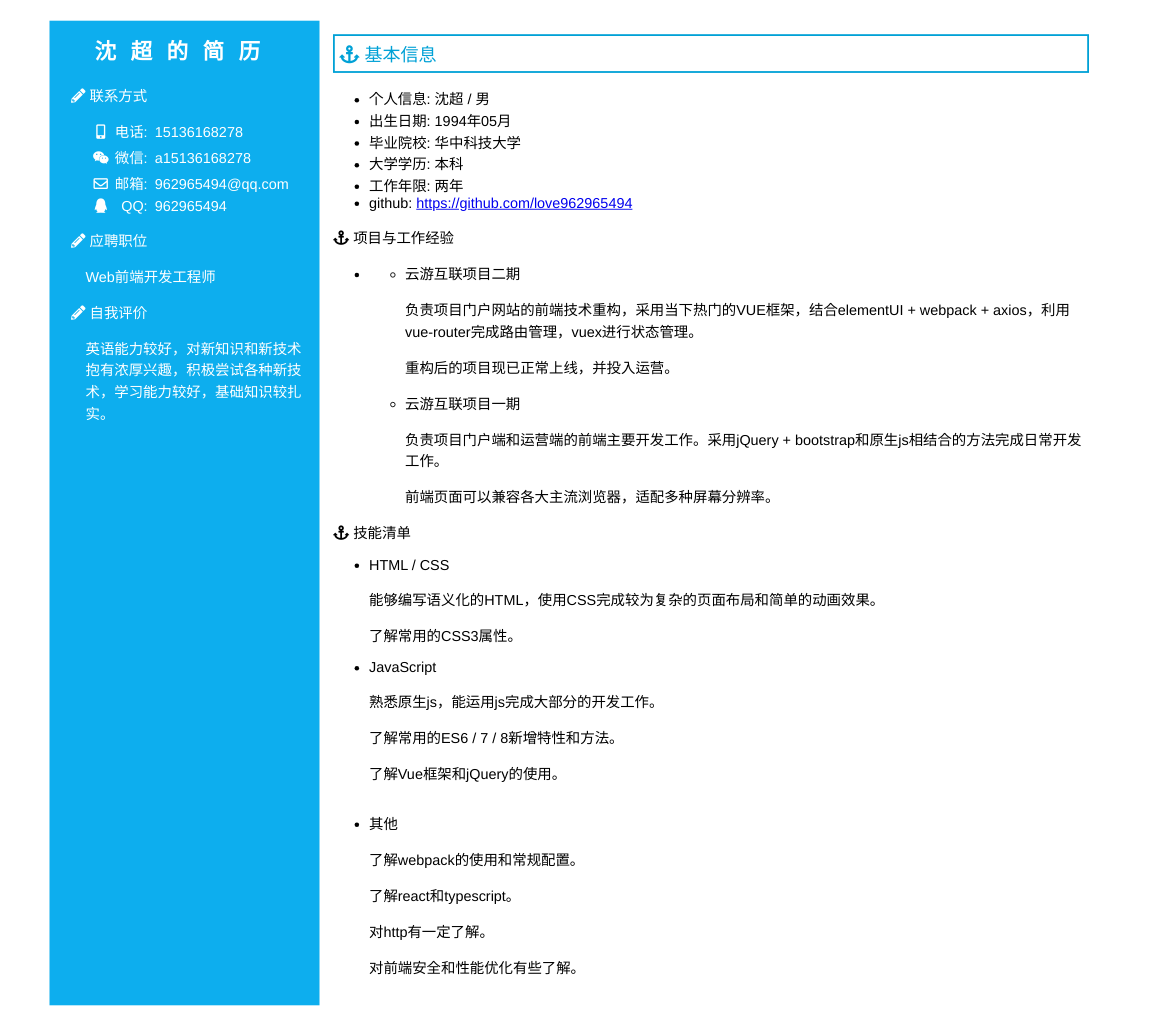
Repository: love962965494/my-resume
Page: index.html
These files come from the project's save history. The page is drawn as it stood at one moment and after the next save; the edit follows.
The browser window is 1280 px wide. The pictures show the whole page, at 90% of full size.
Some web libraries are served in a nearby version. The style sheet was rebuilt from its Sass, Less or Tailwind sources for each picture, by a compiler version that may differ from the author's.

Above is the page before, as saved 2018-09-02 17:52:37.

After the next save:
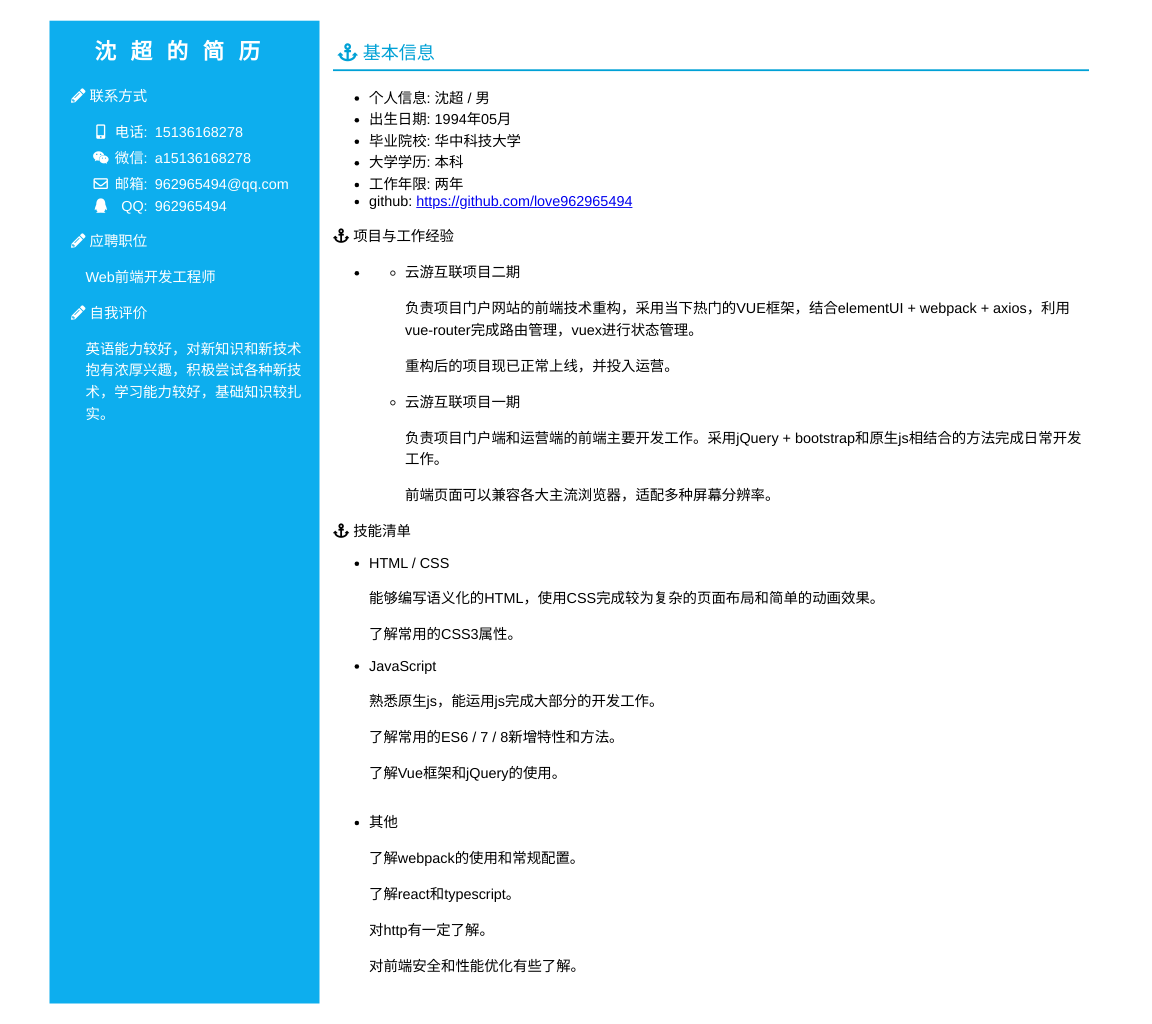
Saved 9 s later.
--- a/styles/myResume.scss
+++ b/styles/myResume.scss
@@ -114,7 +114,7 @@
 
   @mixin header {
     padding: 5px;
-    border: 2px solid currentColor;
+    border-bottom: 2px solid currentColor;
     color: #00A1D6;
     font-size: 20px;
   }
